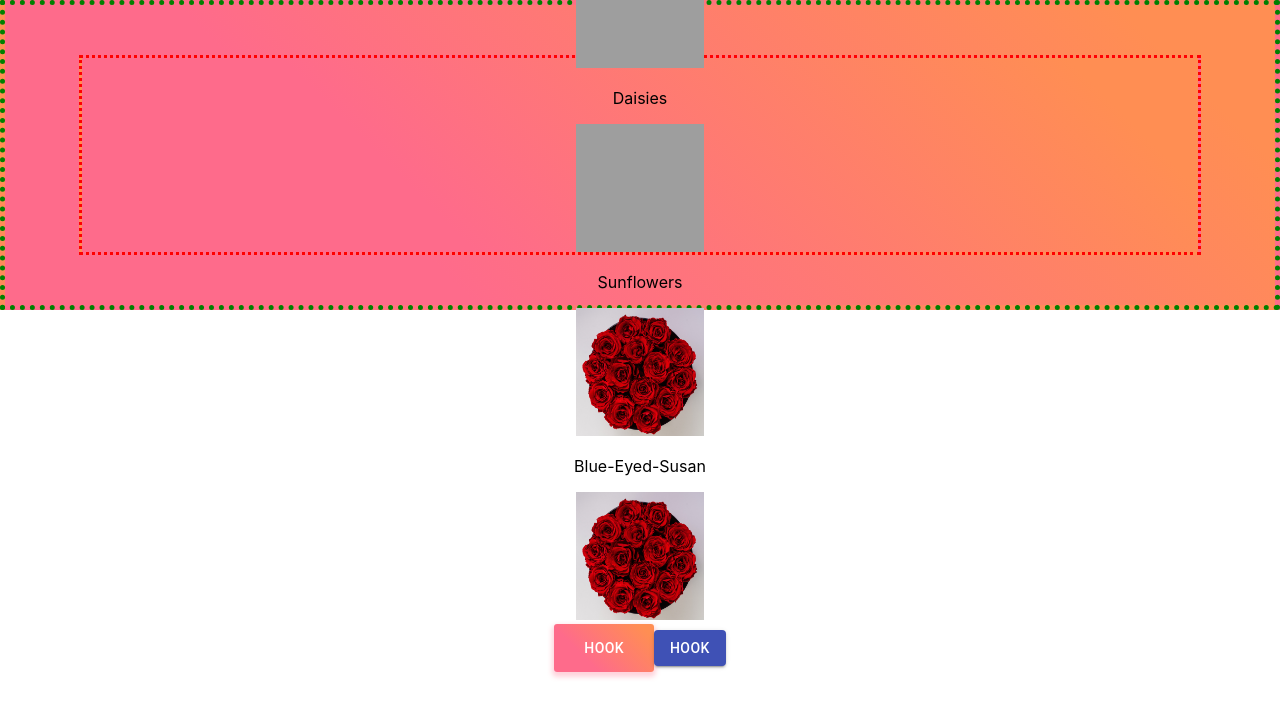
Repository: DevLuDaley/react-flower-shop
Page: /
An editor plug-in stored every save of this project. The page is shown before and after the next save, followed by the edit.
The browser window is 1280 px wide. The pictures show the whole page.
Pictures or frames that could not be fetched are drawn as grey boxes. The project was rebuilt for these pictures with package versions that can differ from the ones it lists, and the page was loaded fresh each time.

Above is the page before, as saved 2021-02-19 21:39:00.

After the next save:
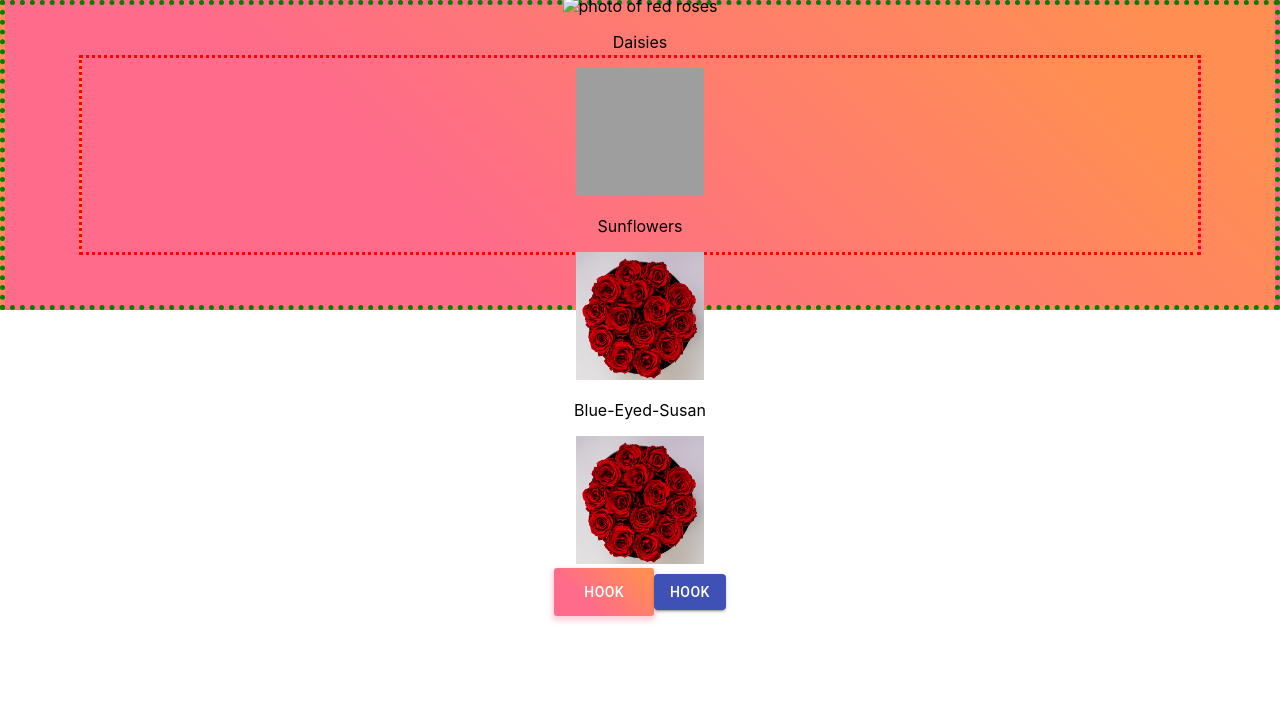
Not found: tulips-by-larisa-birta-xWS5vwVay3A-unsplash.jpg
Saved 23 s later.
--- a/src/components/FlowerGallery.js
+++ b/src/components/FlowerGallery.js
@@ -24,7 +24,7 @@ const FlowerGallery = () => {
 
 const flowerList = [
   {id: 1, name: 'Red Roses', imageUrl: '../red-roses-by-bence-balla-schottner-ehGgVnHc-1Q-unsplash.jpg' , rating: 5},
-  {id: 2, name: 'Tulips', imageUrl: 'n', rating: 4},
+  {id: 2, name: 'Tulips', imageUrl: '../tulips-by-larisa-birta-xWS5vwVay3A-unsplash.jpg', rating: 4},
   {id: 3, name: 'Daisies', imageUrl: 'https://images.unsplash.com/photo-1607061868914-e38515be98cb?ixid=MXwxMjA3fDB8MHxwaG90by1wYWdlfHx8fGVufDB8fHw%3D&ixlib=rb-1.2.1&auto=format&fit=crop&w=1091&q=80', rating: 4},
   {id: 4, name: 'Sunflowers', imageUrl: 'public/images/red-roses-by-bence-balla-schottner-ehGgVnHc-1Q-unsplash.jpg', rating: 5},
   {id: 5, name: 'Blue-Eyed-Susan', imageUrl: 'public/images/red-roses-by-bence-balla-schottner-ehGgVnHc-1Q-unsplash.jpg', rating: 5}
